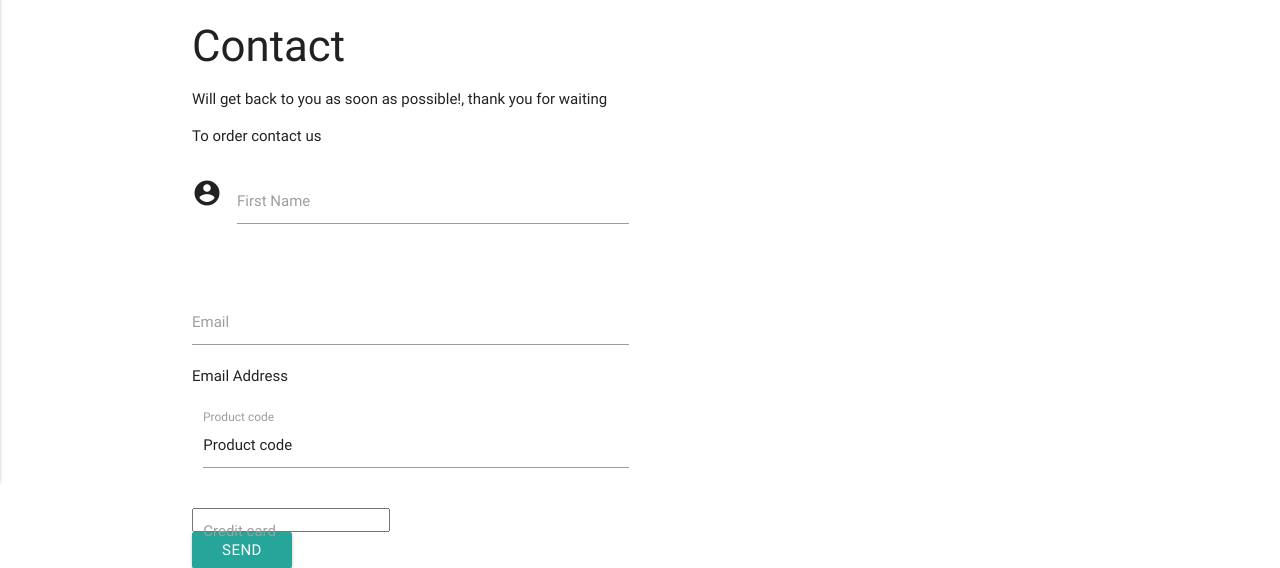
Repository: eazeldon/project-recipes-online-3
Page: http://localhost/contact
The author's editor kept a record of every edit. The page is drawn from the files as they stood at one moment, then again after the next edit.
The browser window is 1280 px wide. The pictures show the part of the page from y = 298 to 902 px (the page is 866 px tall before and 902 px after).
Some web libraries are served in a nearby version. The page is served by the project's application, run on Flask 3 (app.py).

Above is the page before.

### templates/contact.html
{% extends 'base.html' %} {% block content %}
<h3>Contact</h3>

        <p>Will get back to you as soon as possible!, thank you for waiting</p>
        <p>To order contact us</p>

 <div class="row">
    <form class="col s12">
      <div class="row">
        <div class="input-field col s6">
          <i class="material-icons prefix">account_circle</i>
          <input id="icon_prefix" type="text" class="validate">
          <label for="icon_prefix">First Name</label>
        </div>
        </div>
<!---------
        <div class="input-field col s6">
          <i class="material-icons prefix">phone</i>
          <input id="icon_telephone" type="tel" class="validate">
          <label for="icon_telephone">Telephone</label>
        </div>
--------->
      </div>
    </form>

  <div class="row">
    <form class="col s12">
      <div class="row">
       <div class="input-field col s6">
          <input id="email" type="email" class="validate">
          <label for="email">Email</label>
          <span class="helper-text" data-error="wrong" data-success="right">Email Address</span>
        </div>
      </div>
     <div class="input-field col s6">
      <input value="Product code" id="product_code2" type="text" class="validate">
      <label class="active" for="product_code2">Product code</label>
    </div>
  </div>
  <div class="input-field col s6">
          <input id="credit" type="credit" class="validate">
          <label for="credit">Credit card</label>
          </div>
   <button type="submit" class="btn btn-secondary center-block">Send</button>
</form>
</div>

















<!--------------
<div class="row">
    <form class="col s12">
      <div class="row">
        <div class="input-field col s6">
          <i class="material-icons prefix">account_circle</i>
          <input id="icon_prefix" type="text" class="validate">
          <label for="icon_prefix">First Name</label>

          <div class="input-field col s12">
          <i class="material-icons prefix">phone</i>
          <input id="icon_telephone" type="tel" class="validate">
          <label for="icon_telephone">Telephone</label>
        </div>
       </div>
    </form>
  </div>
</div>
 <div class="row">
    <form class="col s12">
      <div class="row">
        <div class="input-field col s6">
          <input id="email" type="email" class="validate">
          <label for="email">Email</label>
          <span class="helper-text" data-error="wrong" data-success="right">Email Address</span>
        </div>
      </div>
    </form>
  </div>
 <div class="row">
    <form class="col s12">
      <div class="row"><div class="input-field col s6">
          <textarea id="icon_prefix2" class="materialize-textarea"></textarea>
          <label for="icon_prefix2">Product code</label>
          <i class="material-icons prefix2">card_travel</i>

             <input type="credit" name="credit">Credit card
            <label for="icon_prefix2">Cride card</label>
           <textarea id="icon_prefix2" class="materialize-textarea"></textarea>
        </div>
      </div>
      <button type="submit" class="btn btn-secondary center-block">Send</button>
    </form>
  </div>

<!-------------
<div class="row">
    <a href="{{url_for('contact')}}" class="waves-effect waves-light btn">
     <i class="material-icons right">SEND</i>
    </a>
</div>

---------->


{% endblock %}

### templates/base.html
<!DOCTYPE html>
<html lang="en">
<head>
    <meta charset="UTF-8">
    <meta name="viewport" content="width=device-width, initial-scale=1.0">
    <meta http-equiv="X-UA-Compatible" content="ie=edge">
    <title>Recipes-online-cookbook-project-3</title>


    <link href="https://fonts.googleapis.com/icon?family=Material+Icons" rel="stylesheet">
    <link rel="stylesheet" href="https://cdnjs.cloudflare.com/ajax/libs/materialize/0.100.2/css/materialize.min.css" type="text/css" />
    <link rel="stylesheet" href="{{url_for('static', filename='css/style.css')}}" type="text/css" />

</head>
<body>
<header>
        <nav>
            <div class="nav-wrapper">
                <a href="{{url_for('get_tasks')}}" class="brand-logo">Sugar Factory</a>
                <a href="#" data-activates="mobile-demo" class="button-collapse"><i class="material-icons">menu</i></a>
                <ul id="nav-mobile" class="right hide-on-med-and-down">

                    <li><a href="{{url_for('get_tasks')}}">Home</a></li>
                      <li><a href="{{url_for('recipes')}}">Recipes</a></li>
                    <li><a href="{{url_for('contact')}}">Contact</a></li>
                     <li><a href="{{url_for('products')}}">Products</a></li>
                     <li><a href="{{url_for('statistic')}}">Statistic</a></li>
                     <li><a href="{{url_for('get_categories')}}">Post</a></li>

                </ul>
                <ul class="side-nav" id="mobile-demo">


                     <li><a href="{{url_for('home')}}">Home</a></li>
                      <li><a href="{{url_for('recipes')}}">Recipes</a></li>
                     <li><a href="{{url_for('contact')}}">Contact</a></li>
                     <li><a href="{{url_for('products')}}">Products</a></li>
                      <li><a href="{{url_for('statistic')}}">Statistic</a></li>
                     <li><a href="{{url_for('get_categories')}}">Post</a></li>

                </ul>
            </div>
        </nav>

    <div class="row">
    <div class="col s12" style="background-image: url('https://www.bakedblooms.com/wp-content/uploads/2018/09/7F10A2AD-087F-4D1A-B7CD-E37C59668E2B-1200x550.jpeg')">

    <div class="opaque-overlay">&nbsp;</div>


      <div class="row">
        <div class="col s12">
          <div class="my_class" center-align>

           <h1>Sugar Factory from the maker</h1>

           <div class="my_class center-align"><h3>of recipes online</h3></span>
             </div>
           </div>
        </div>
        </div>
      </div>
    </div>







    </header>



    <div class="container">
        {% block content %} {% endblock %}
    </div>


    <script src="https://cdnjs.cloudflare.com/ajax/libs/jquery/3.2.1/jquery.min.js"></script>
    <script src="https://cdnjs.cloudflare.com/ajax/libs/materialize/0.100.2/js/materialize.min.js"></script>
    <script type="text/javascript">
        $(document).ready(function() {
            $('.collapsible').collapsible();
            $('select').material_select();
            $(".button-collapse").sideNav();
        })
    </script>



</body>
</html>

### app.py
import os
from flask import Flask, render_template, redirect, request, url_for
from flask_pymongo import PyMongo
from bson.objectid import ObjectId

app = Flask(__name__)
app.config["MONGO_DBNAME"] = 'recipes_book'
app.config["MONGO_URI"] = 'mongodb+srv://cakes:CakeSusr@myfirstcluster-ctiu9.mongodb.net/task_manager?retryWrites=true&w=majority'


mongo = PyMongo(app)



@app.route('/')
@app.route('/get_tasks')
def get_tasks():
    return render_template("tasks.html",  tasks=mongo.db.tasks.find())

@app.route('/add_task')
def add_task():
   return render_template('addtask.html', categories=mongo.db.categories.find())

@app.route('/home')
def home():
    return render_template("home.html")



@app.route('/recipes')
def recipes():
    return render_template("recipes.html")










@app.route('/contact')
def contact():


    return render_template("contact.html")







@app.route('/products')
def products():
    return render_template("products.html")



@app.route('/statistic')
def statistic():
    return render_template("statistic.html")





@app.route('/get_categories')
def get_categories():
    return render_template('categories.html',
                           categories=mongo.db.categories.find())

@app.route('/delete_category/<category_id>')
def delete_category(category_id):
   mongo.db.categories.remove({'_id': ObjectId(category_id)})
   return redirect(url_for('get_categories'))


@app.route('/edit_category/<category_id>')
def edit_category(category_id):
    return render_template('editcategory.html',
    category=mongo.db.categories.find_one({'_id': ObjectId(category_id)}))


@app.route('/update_category/<category_id>', methods=['POST'])
def update_category(category_id):
    mongo.db.categories.update(
        {'_id': ObjectId(category_id)},
        {'category_name': request.form.get('category_name')})
    return redirect(url_for('get_categories'))


@app.route('/insert_category', methods=['POST'])
def insert_category():
    category_doc = {'category_name': request.form.get('category_name')}
    mongo.db.categories.insert_one(category_doc)
    return redirect(url_for('get_categories'))


@app.route('/add_categories')
def add_category():
    return render_template('addcategories.html')

if __name__ == '__main__':
    app.run(host=os.environ.get('IP'),
            port=int(os.environ.get('PORT')),
            debug=True)

### static/css/style.css
.my_class {
    color:white;
}
.btn_small {
    height: 24px;
    width: 60px;
    line-height: 24px;
    margin: 5px 5px;
    padding: 0 0.5em;
}

After the next edit:
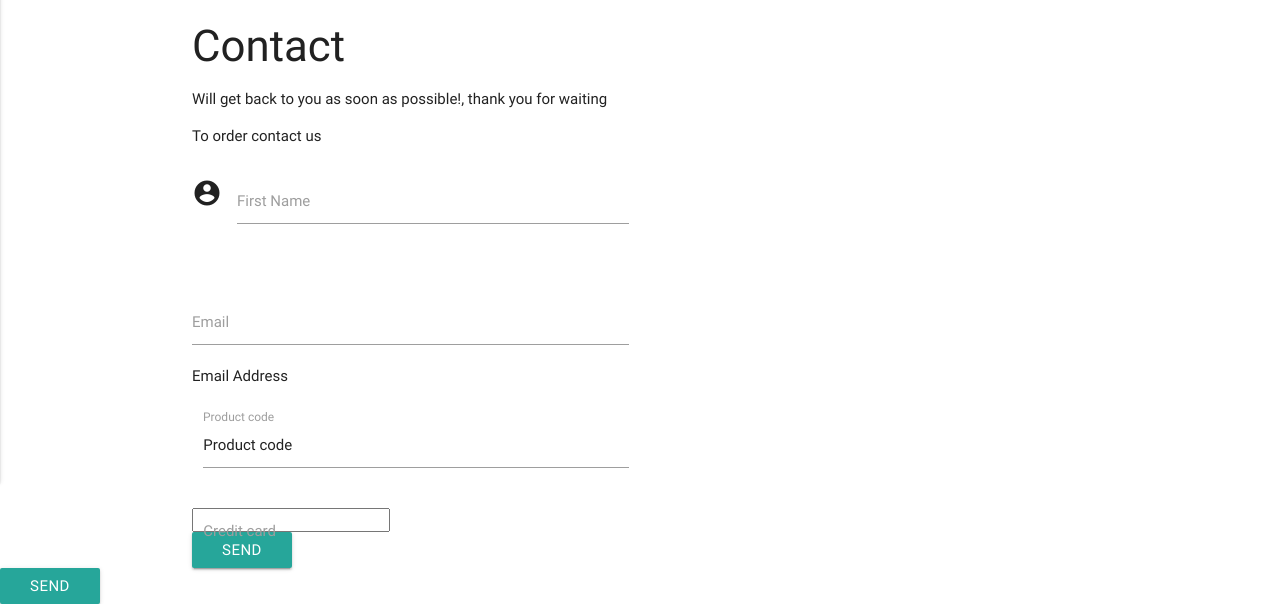
The edit:
--- a/templates/contact.html
+++ b/templates/contact.html
@@ -44,7 +44,7 @@
    <button type="submit" class="btn btn-secondary center-block">Send</button>
 </form>
 </div>
-
+<button type="submit" class="btn btn-secondary center-block">Send</button>
 
 
 
